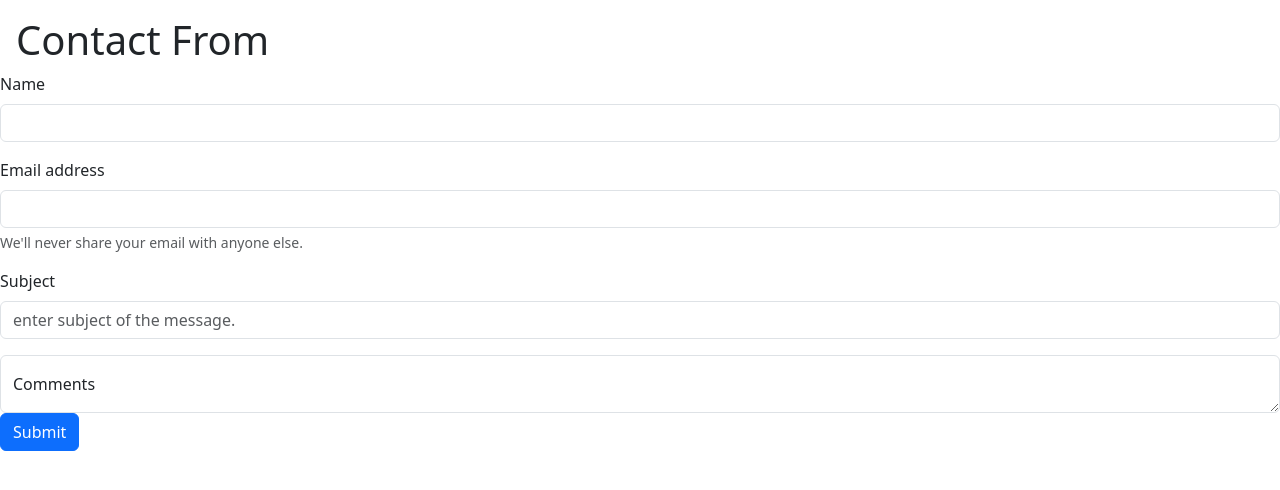
Repository: syni18/bootstrap_form
Page: index.html
The author's editor kept a copy of each file at every save. The page is drawn from the files as they stood at one save, then again after the next save.
The browser window is 1280 px wide. The pictures show the whole page.

Above is the page before, as saved 2023-10-26 15:36:33.

After the next save:
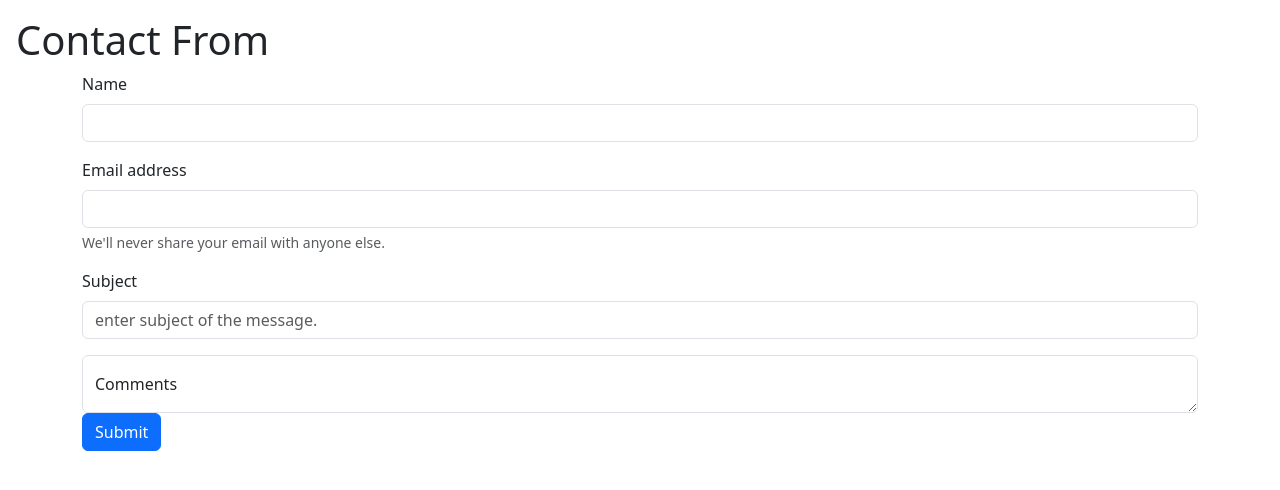
Saved 12 s later.
--- a/index.html
+++ b/index.html
@@ -13,7 +13,7 @@
 </head>
 <body>
     <h1 class="display-6 ms-3 mt-3">Contact From</h1>
-    <form class="">
+    <form class="container">
   <div class="mb-3">
     <label for="exampleInputName1" class="form-label">Name</label>
     <input type="name" class="form-control" id="exampleInputName1" aria-describedby="NameHelp">
